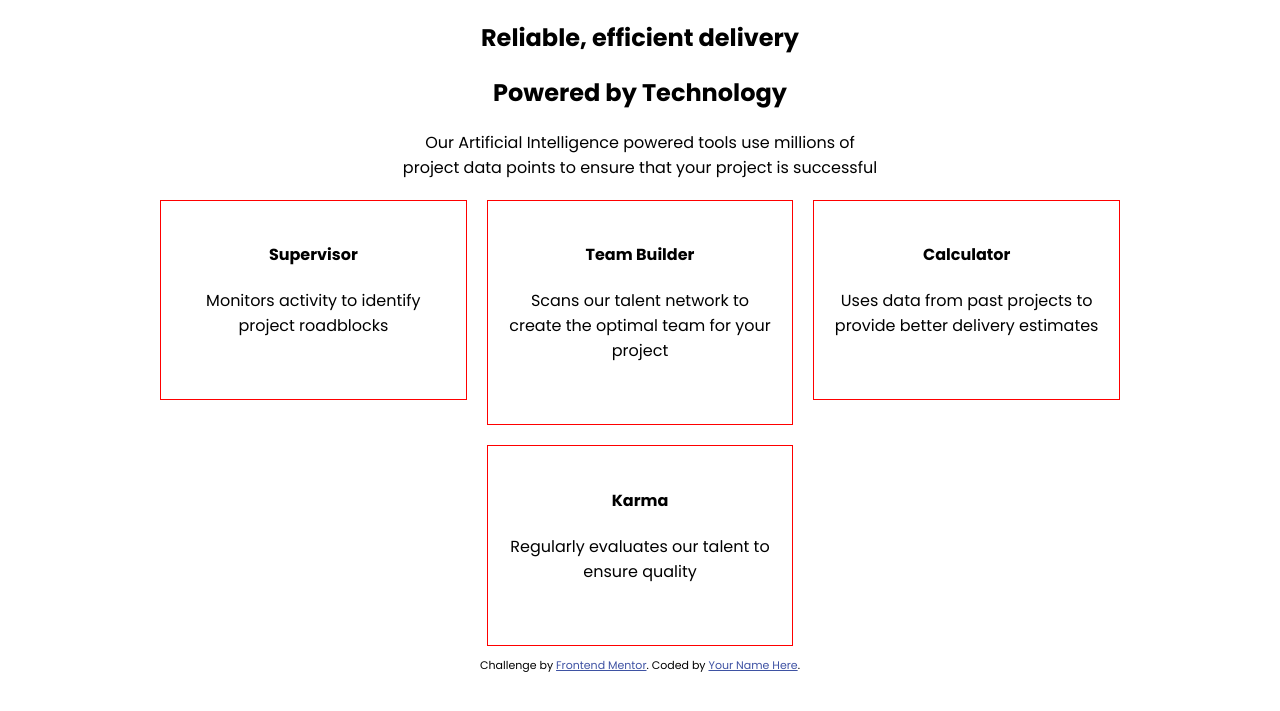
Repository: BuduCE/four-card-feature-section-master
Page: index.html
An editor plug-in stored every save of this project. The page is shown before and after the next save, followed by the edit.
The browser window is 1280 px wide. The pictures show the whole page.

Above is the page before, as saved 2023-06-01 22:23:03.

After the next save:
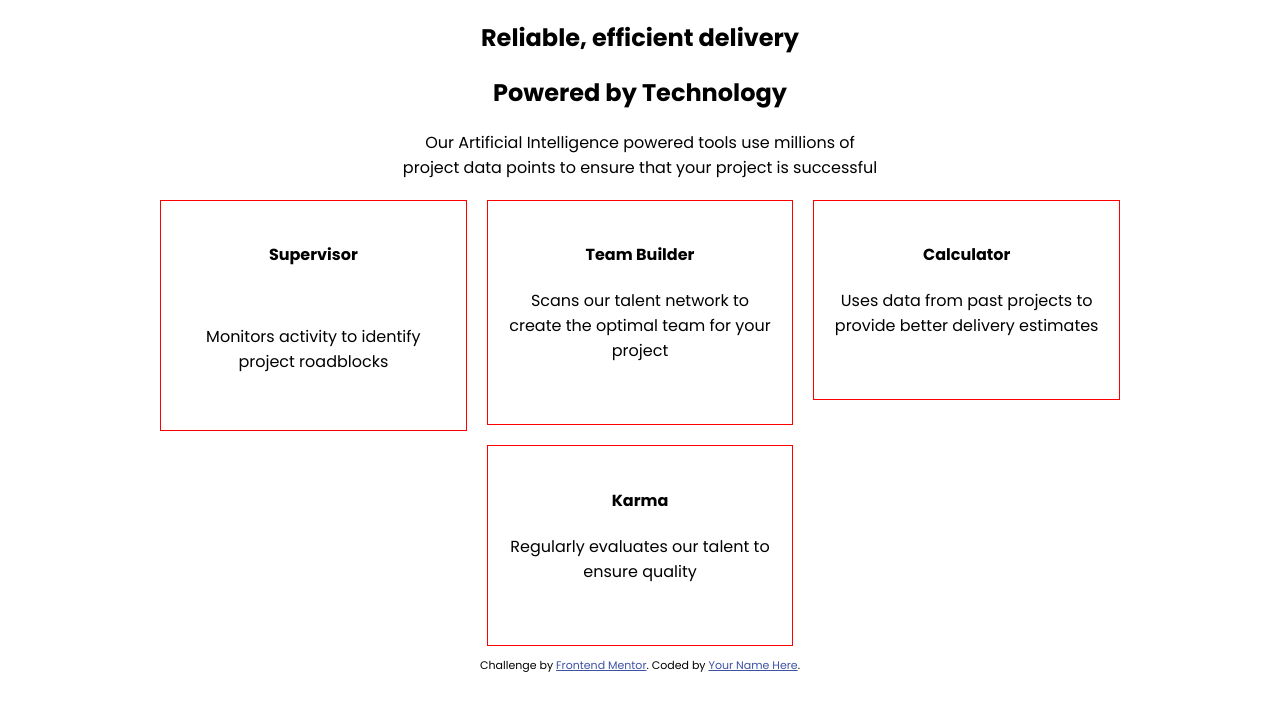
Saved 4 s later.
--- a/index.html
+++ b/index.html
@@ -25,7 +25,7 @@
 
   <div class="product_card">
     <div class="card_containers">
-      <div class="card special1">
+      <div class="card special">
         <h4>Supervisor</h4>
         <p>Monitors activity to identify project roadblocks</p>
         <img src="" alt="">

After the save that followed:
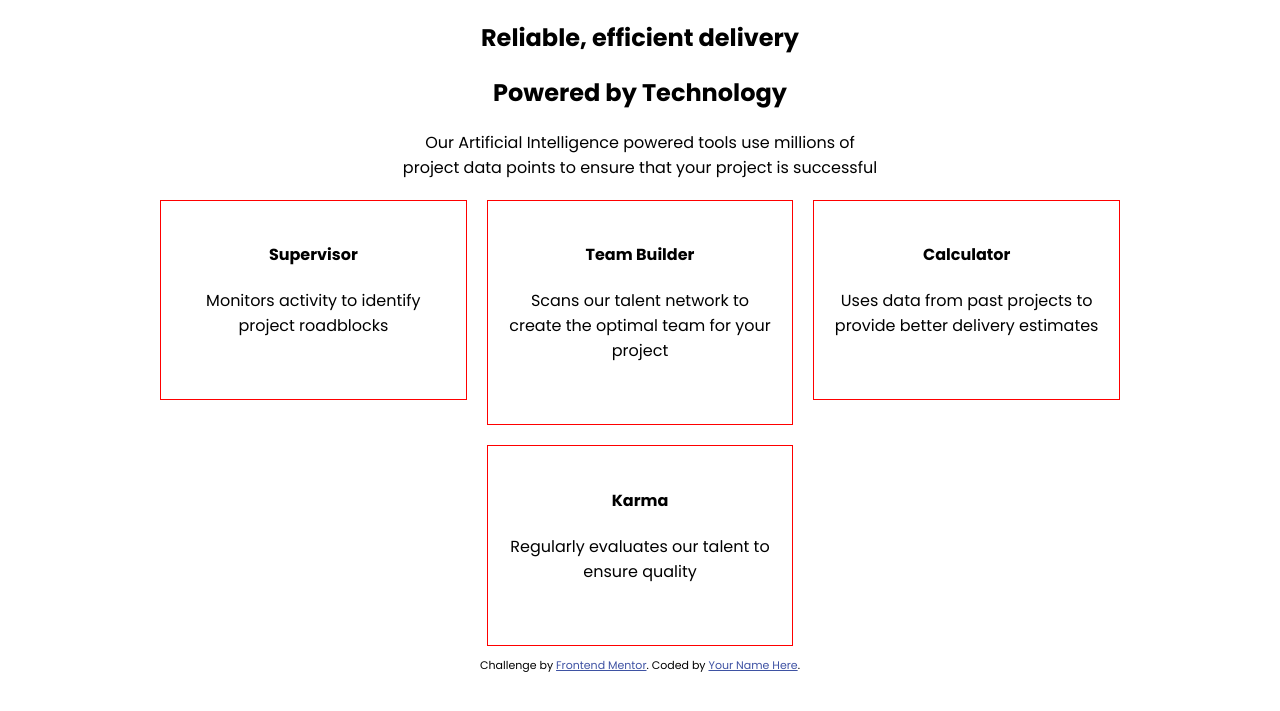
Saved 11 s later.
--- a/index.html
+++ b/index.html
@@ -25,7 +25,7 @@
 
   <div class="product_card">
     <div class="card_containers">
-      <div class="card special">
+      <div class="card specialX">
         <h4>Supervisor</h4>
         <p>Monitors activity to identify project roadblocks</p>
         <img src="" alt="">
